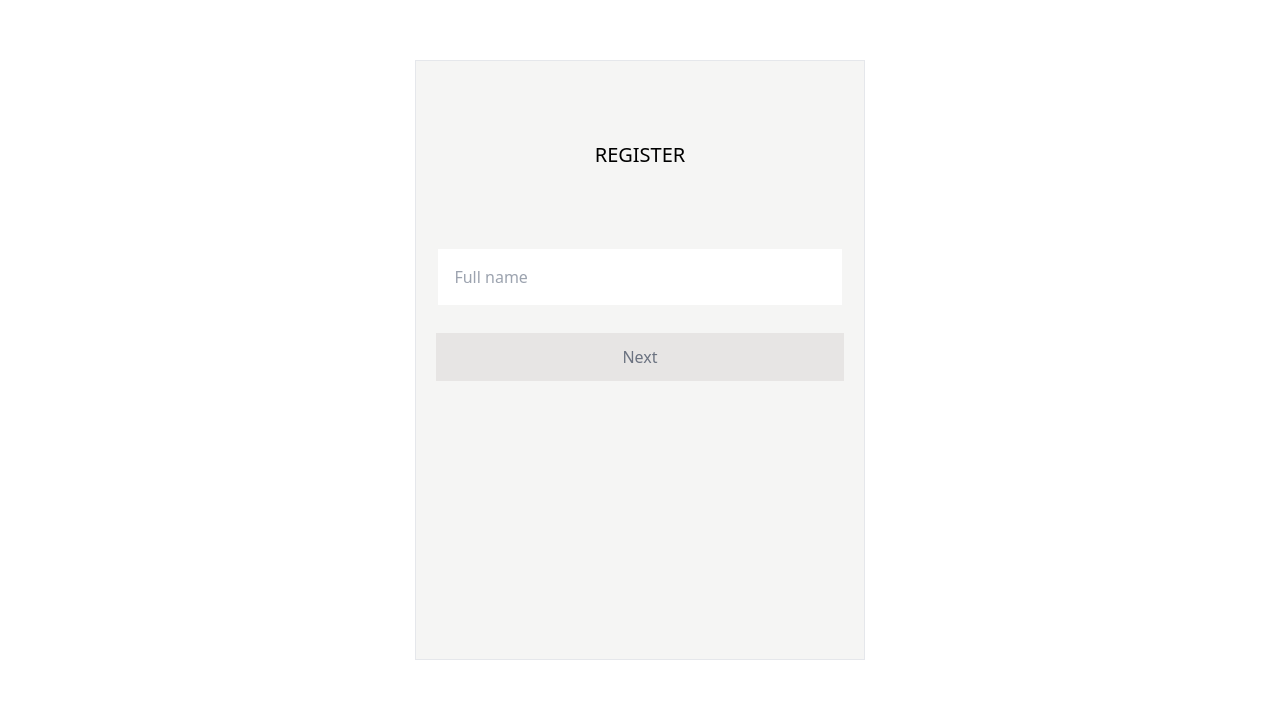
Repository: hsumyatm7308/oop-loginregister-php
Page: login.html
An editor plug-in stored every save of this project. The page is shown before and after the next save, followed by the edit.
The browser window is 1280 px wide. The pictures show the whole page.
Some web libraries are served in a nearby version.

Above is the page before, as saved 2023-08-01 14:10:09.

After the next save:
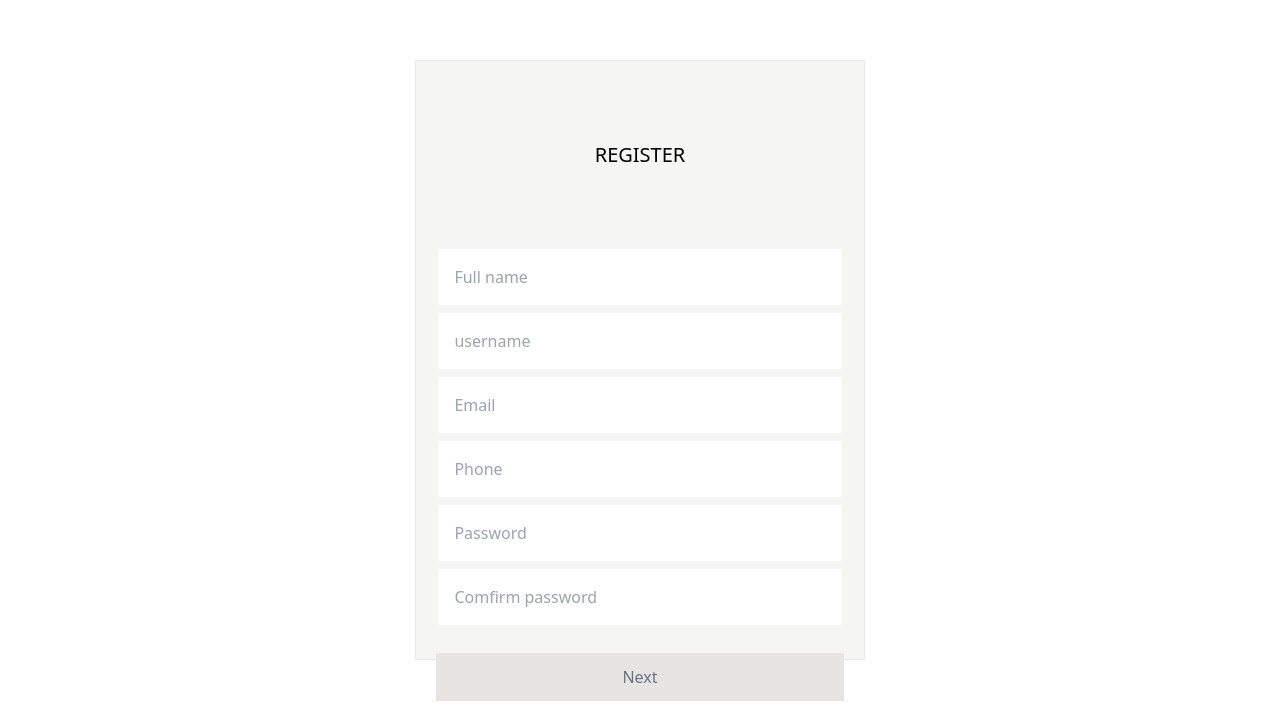
Saved 5 min 39 s later.
--- a/login.html
+++ b/login.html
@@ -17,19 +17,19 @@
             <div class="page w-full flex justify-center items-center">
                 <input type="text" class="w-[90%] p-4 mb-2 focus:outline-none" placeholder="Full name">
             </div>
-            <div class="page w-full flex justify-center items-center hidden">
+            <div class="page w-full flex justify-center items-center ">
                 <input type="text" class="w-[90%] p-4 mb-2 focus:outline-none" placeholder="username">
             </div>
-            <div class="page w-full flex justify-center items-center hidden">
+            <div class="page w-full flex justify-center items-center ">
                 <input type="text" class="w-[90%] p-4 mb-2 focus:outline-none" placeholder="Email">
             </div>
-            <div class="page w-full flex justify-center items-center hidden">
+            <div class="page w-full flex justify-center items-center ">
                 <input type="text" class="w-[90%] p-4 mb-2 focus:outline-none" placeholder="Phone">
             </div>
-            <div class="page w-full flex justify-center items-center hidden">
+            <div class="page w-full flex justify-center items-center ">
                 <input type="text" class="w-[90%] p-4 mb-2 focus:outline-none" placeholder="Password">
             </div>
-            <div class="page w-full flex justify-center items-center hidden">
+            <div class="page w-full flex justify-center items-center ">
                 <input type="text" class="w-[90%] p-4 mb-2 focus:outline-none" placeholder="Comfirm password">
             </div>
 
